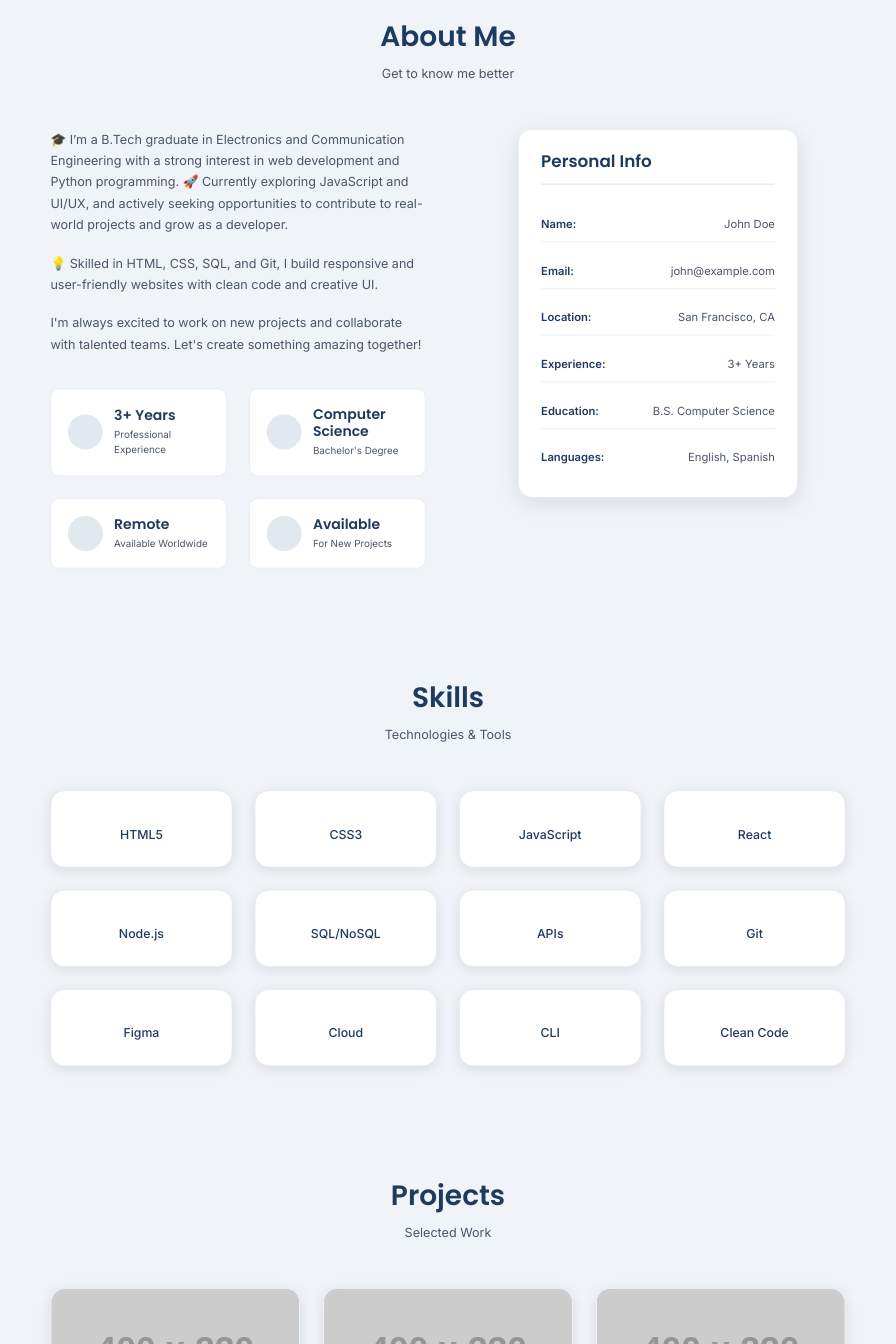
Repository: TharunPathakamuri/Portfolio
Page: index.html
An editor plug-in stored every save of this project. The page is shown before and after the next save, followed by the edit.
The browser window is 1280 px wide. The pictures show the part of the page from y = 773 to 2693 px (the page is 4978 px tall before and 4917 px after), at 70% of full size.

Above is the page before, as saved 2025-07-04 23:26:20.

After the next save:
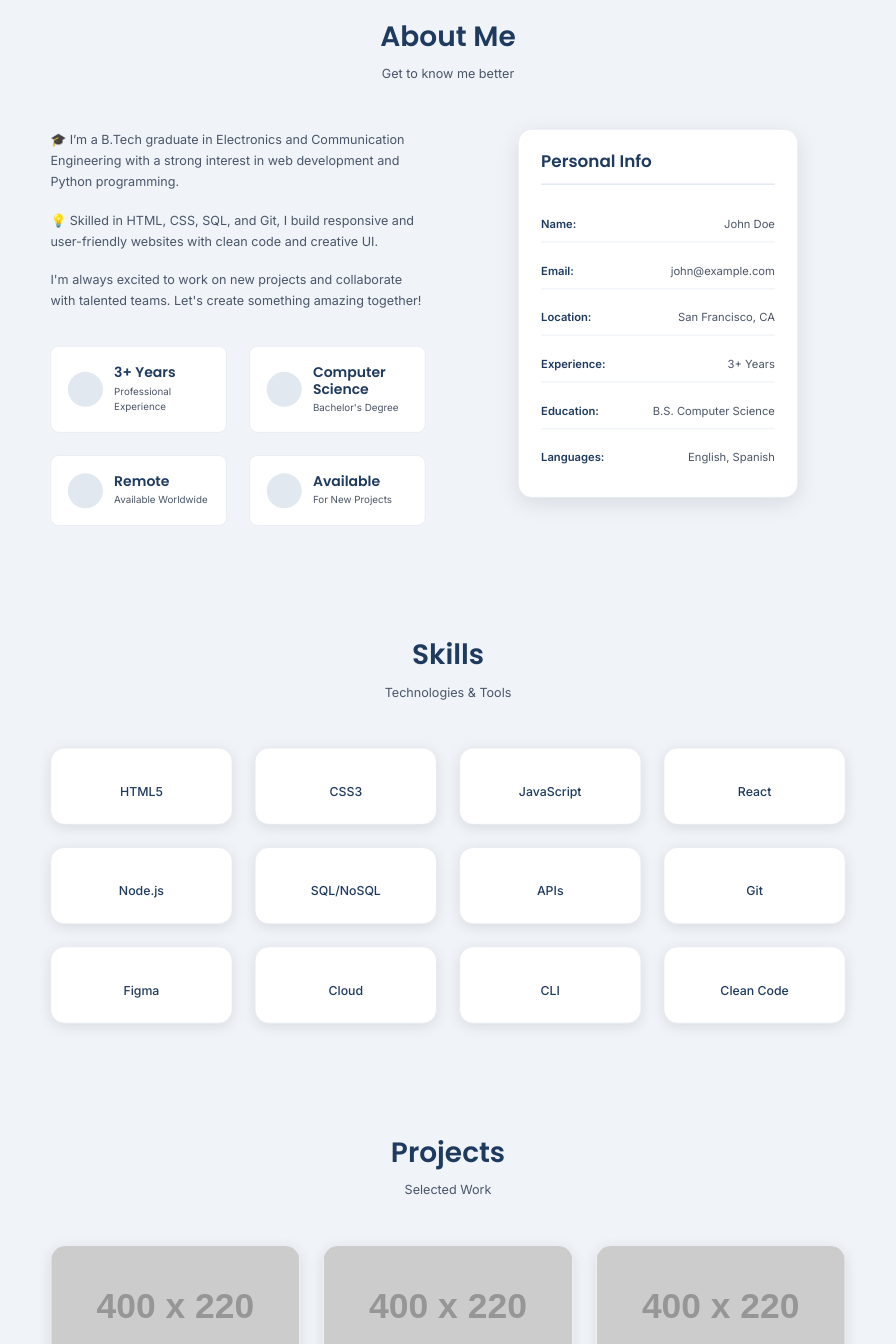
Saved 4 s later.
--- a/index.html
+++ b/index.html
@@ -150,9 +150,7 @@
               <p>
                 🎓 I’m a B.Tech graduate in Electronics and Communication
                 Engineering with a strong interest in web development and Python
-                programming.  🚀 Currently exploring JavaScript and UI/UX, and
-                actively seeking opportunities to contribute to real-world
-                projects and grow as a developer.
+                programming.
               </p>
 
               <p>
